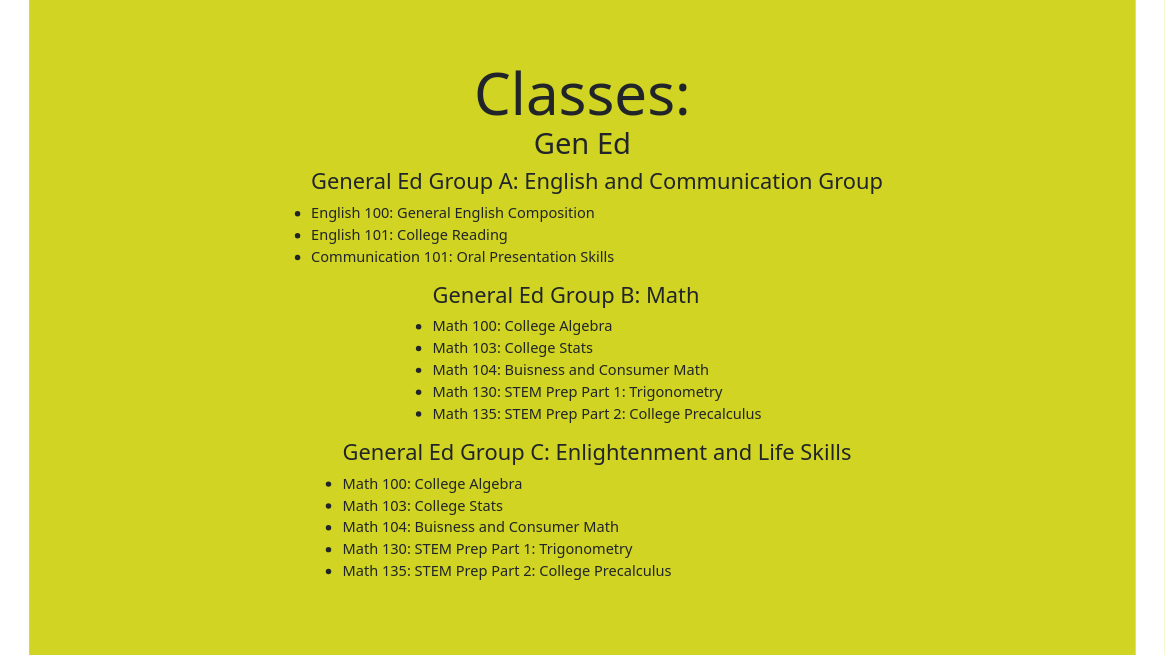
Repository: collegedude9300/zenschool
Page: /Classes
An editor plug-in stored every save of this project. The page is shown before and after the next save, followed by the edit.
The browser window is 1280 px wide. The pictures show the whole page, at 91% of full size.
The project was rebuilt for these pictures with package versions that can differ from the ones it lists, and the page was loaded fresh each time. The framework's server and built-in components were replaced by stand-ins that run in the browser. Also part of the build but not shown: next.config.js.

Above is the page before, as saved 2022-10-27 10:17:09.

### pages/Classes.js
/* eslint-disable @next/next/no-html-link-for-pages */
import Head from 'next/head'
import Image from 'next/image'
import styles from '../styles/Home.module.css'
import 'bootstrap/dist/css/bootstrap.css'
export default function Classes() {
  return (
    //List

    <div className={styles.container}>
      <Head>
        <title>Classes</title>
        <meta name="description" content="Generated by create next app" />
        <link rel="icon" href="/favicon.png" />
      </Head>
      <main className={styles.main}>
        <h1 className={styles.title}>
          Classes:
        </h1>
    <h2> Gen Ed</h2>
        <ul>
    <h4>General Ed Group A: English and Communication Group </h4>
   <li> English 100: General English Composition </li>
    <li> English 101: College Reading </li>
    <li> Communication 101: Oral Presentation Skills </li>
    </ul>
       <ul>
       <h4>General Ed Group B: Math </h4>
    <li> Math 100: College Algebra </li>
    <li> Math 103: College Stats </li>
    <li> Math 104: Buisness and Consumer Math </li>
    <li> Math 130: STEM Prep Part 1: Trigonometry </li>
    <li> Math 135:  STEM Prep Part 2: College Precalculus </li>
    </ul>
    <ul>
    <h4>General Ed Group C: Enlightenment and Life Skills </h4>
    <li> Math 100: College Algebra </li>
    <li> Math 103: College Stats </li>
    <li> Math 104: Buisness and Consumer Math </li>
    <li> Math 130: STEM Prep Part 1: Trigonometry </li>
    <li> Math 135:  STEM Prep Part 2: College Precalculus </li>
    </ul>
      </main>
    </div>
  )
}

### styles/Home.module.css
.container {
  padding: 0 2rem;
}

.main {
  min-height: 100vh;
  padding: 4rem 0;
  flex: 1;
  display: flex;
  flex-direction: column;
  justify-content: center;
  align-items: center;
  background-color: #d1d422;
}

.footer {
  display: flex;
  flex: 1;
  padding: 2rem 0;
  border-top: 1px solid #eaeaea;
  justify-content: center;
  align-items: center;
}

.footer a {
  display: flex;
  justify-content: center;
  align-items: center;
  flex-grow: 1;
}

.title a {
  color: #0070f3;
  text-decoration: none;
}

.title a:hover,
.title a:focus,
.title a:active {
  text-decoration: underline;
}

.title {
  margin: 0;
  line-height: 1.15;
  font-size: 4rem;
}

.title,
.description {
  text-align: center;
}

.description {
  margin: 4rem 0;
  line-height: 1.5;
  font-size: 1.5rem;
}

.code {
  background: #fafafa;
  border-radius: 5px;
  padding: 0.75rem;
  font-size: 1.1rem;
  font-family: Menlo, Monaco, Lucida Console, Liberation Mono, DejaVu Sans Mono,
    Bitstream Vera Sans Mono, Courier New, monospace;
}

.grid {
  display: flex;
  align-items: center;
  justify-content: center;
  flex-wrap: wrap;
  max-width: 800px;
}

.card {
  margin: 1rem;
  padding: 1.5rem;
  text-align: left;
  color: inherit;
  text-decoration: none;
  border: 1px solid #eaeaea;
  border-radius: 10px;
  transition: color 0.15s ease, border-color 0.15s ease;
  max-width: 300px;
}

.card:hover,
.card:focus,
.card:active {
  color: #0070f3;
  border-color: #0070f3;
}

.card h2 {
  margin: 0 0 1rem 0;
  font-size: 1.5rem;
}

.card p {
  margin: 0;
  font-size: 1.25rem;
  line-height: 1.5;
}

.logo {
  height: 1em;
  margin-left: 0.5rem;
}

@media (max-width: 600px) {
  .grid {
    width: 100%;
    flex-direction: column;
  }
}

@media (prefers-color-scheme: dark) {
  .card,
  .footer {
    border-color: #222;
  }
  .code {
    background: #111;
  }
  .logo img {
    filter: invert(1);
  }
}

Loaded but not shown: pages/_app.js (common file); styles/globals.css (common file)

After the next save:
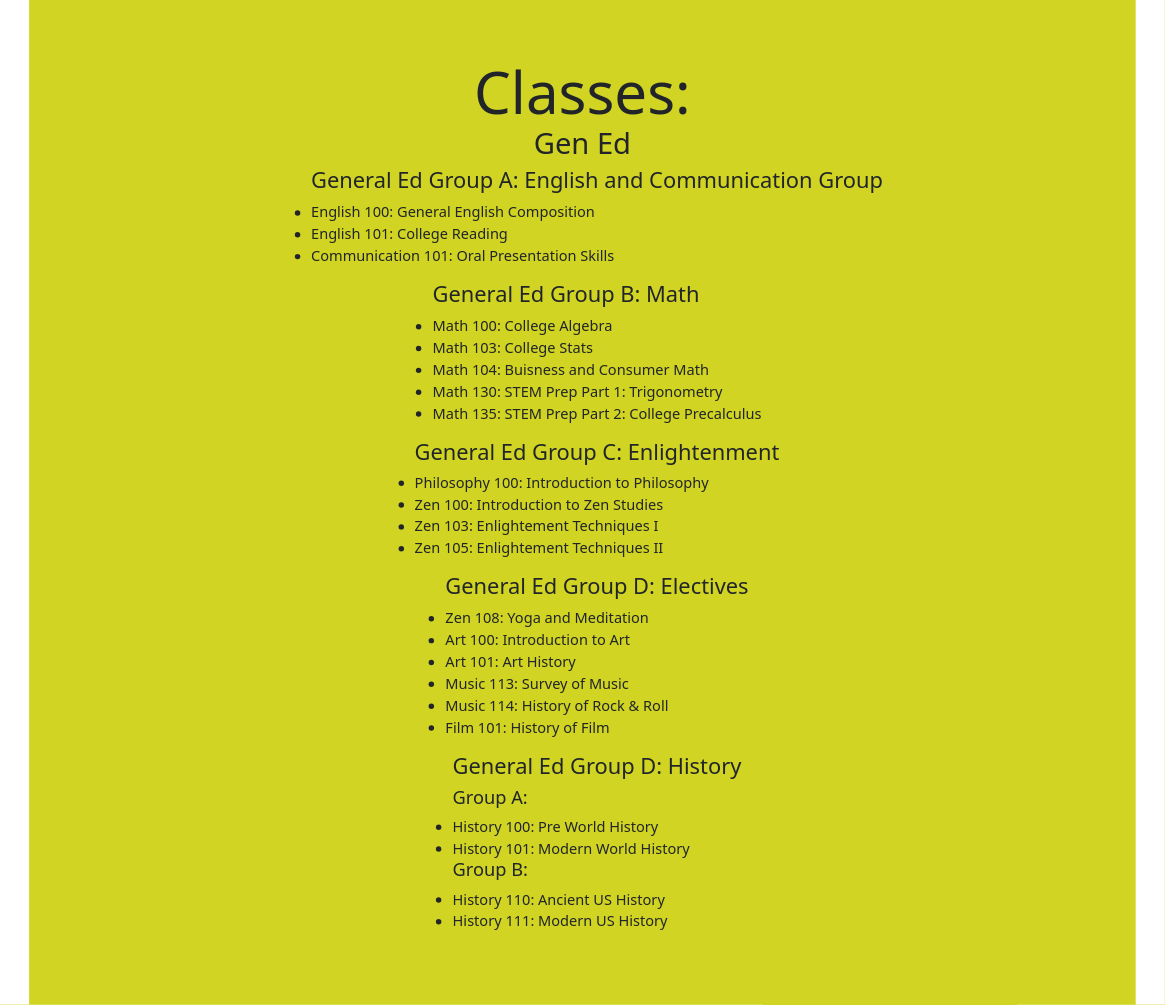
Saved 7 min 23 s later.
--- a/pages/Classes.js
+++ b/pages/Classes.js
@@ -33,12 +33,29 @@ export default function Classes() {
     <li> Math 135:  STEM Prep Part 2: College Precalculus </li>
     </ul>
     <ul>
-    <h4>General Ed Group C: Enlightenment and Life Skills </h4>
-    <li> Math 100: College Algebra </li>
-    <li> Math 103: College Stats </li>
-    <li> Math 104: Buisness and Consumer Math </li>
-    <li> Math 130: STEM Prep Part 1: Trigonometry </li>
-    <li> Math 135:  STEM Prep Part 2: College Precalculus </li>
+    <h4>General Ed Group C: Enlightenment </h4>
+    <li> Philosophy 100: Introduction to Philosophy </li>
+    <li> Zen 100: Introduction to Zen Studies </li>
+    <li> Zen 103: Enlightement Techniques I </li>
+    <li> Zen 105: Enlightement Techniques II </li>
+    </ul>
+    <ul>
+    <h4>General Ed Group D: Electives </h4>
+    <li> Zen 108:  Yoga and Meditation </li>
+    <li> Art 100: Introduction to Art</li>
+    <li> Art 101: Art History </li>
+    <li> Music 113: Survey of Music </li>
+    <li> Music 114: History of Rock & Roll </li>
+    <li> Film 101: History of Film </li>
+    </ul>
+    <ul>
+    <h4>General Ed Group D: History </h4>
+    <h5> Group A:</h5>
+    <li> History 100: Pre World History  </li>
+    <li> History 101: Modern World History </li>
+    <h5> Group B:</h5>
+    <li> History 110: Ancient US History </li>
+    <li> History 111: Modern US History </li>
     </ul>
       </main>
     </div>
